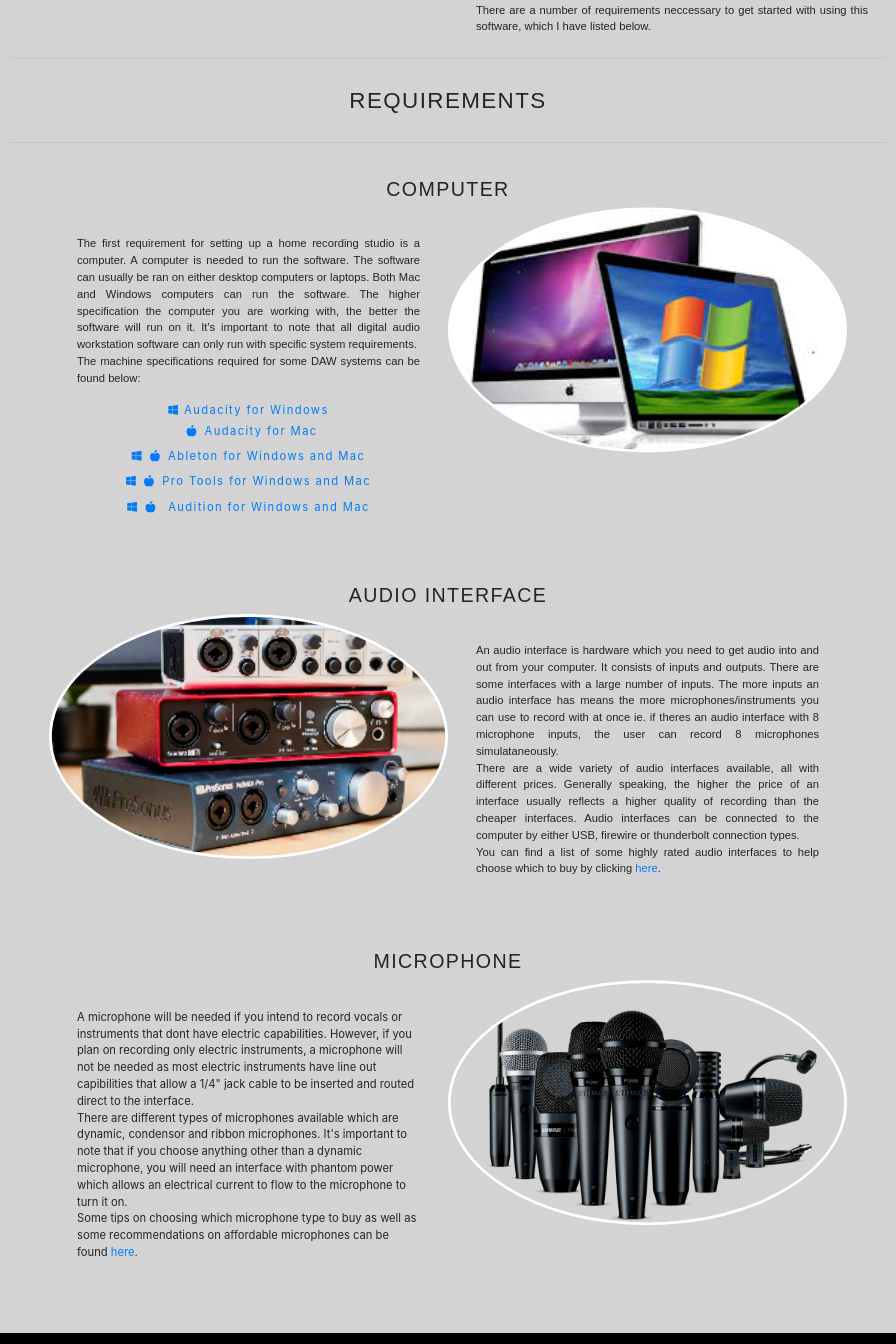
Repository: djjtyn/CIMilestoneProject1
Page: index.html
The author's editor kept a record of every edit. The page is drawn from the files as they stood at one moment, then again after the next edit.
The browser window is 1280 px wide. The pictures show the part of the page from y = 1136 to 3056 px (the page is 3346 px tall before and 3286 px after), at 70% of full size.
Some web libraries are served in a nearby version.

Above is the page before.
Console error (its wording comes from the project's code and is left out).

### index.html
<!DOCTYPE html>
<html lang="en">

<head>
  <meta charset="UTF-8">
  <meta name="viewport" content="width=device-width, initial-scale=1.0">
  <meta http-equiv="X-UA-Compatible" content="ie=edge">
  <link rel="stylesheet" href="https://stackpath.bootstrapcdn.com/bootstrap/4.3.1/css/bootstrap.min.css" integrity="sha384-ggOyR0iXCbMQv3Xipma34MD+dH/1fQ784/j6cY/iJTQUOhcWr7x9JvoRxT2MZw1T" crossorigin="anonymous">
  <link href="https://cdnjs.cloudflare.com/ajax/libs/font-awesome/5.9.0/css/all.min.css" rel="stylesheet">
  <link rel="stylesheet" href="css/style.css" type="text/css" />
  <title>Digital Audio Workstation</title>
</head>

<body>
  <nav class="navbar navbar-expand-md navbar-dark bg-dark fixed">
    <div class="nav-brand">
      <i class="fas fa-headphones"></i>
    </div>
    <!--Button code taken from WhiskeyDrop code institute project-->
    <button class="navbar-toggler" type="button" data-toggle="collapse" data-target="#navbarResponsive" aria-hidden="true">
                <span class="navbar-toggler-icon"></span>
            </button>
    <div class="collapse navbar-collapse" id="navbarResponsive">
      <ul class="navbar-nav mr-auto">
        <li class="nav-item">
          <a class="nav-link active" href="index.html">Home</a>
        </li>
        <li class="nav-item">
          <a class="nav-link" href="eq.html">Equalization</a>
        </li>
        <li class="nav-item">
          <a class="nav-link" href="complim.html">Compressor/ Limiter</a>
        </li>
      </ul>
    </div>
  </nav>
  <!--NAVBAR-->
  <div class="no-gutters common-img "></div>
  <!--COMMON PIC-->
  <hr>
  <section class="container-fluid">
    <div class="row">
      <div class="col-12">
        <h1>Digital Audio Workstation (DAW)</h1>
      </div>
    </div>
    <hr>
    <div class="row">
      <div class="col-12 col-md-6 icons">
        <a href="https://www.avid.com/pro-tools/features" class="pro-tools" target="_blank" />
        <img src="images/protools.jpg" height="140px" width="270px" ;/>
        </a>
        <a href="https://www.ableton.com/en/live/" class="ableton" target="_blank" />
        <img src="images/ableton.jpg" height="140px" width="270px" />
        </a>
        <a href="https://www.audacityteam.org/about/features/" class="audacity" target="_blank" />
        <img src="images/audacity.jpg" height="140px" width="270px" />
        </a>
        <a href="https://www.adobe.com/mena_en/products/audition/features._sl_id-contentfilter_sl_featuredisplaytypes_sl_all.html" class="audition" target="_blank" />
        <img src="images/audition.jpg" height="140px" width="270px" />
        </a>
      </div>
      <!--ICONS-->
      <div class="col-12 col-md-6 icontxt">
        <p>The purpose of this site is to provide information for people interested in creating their own home recordings and the tools that are needed to enhance the audio quality on the recordings.<br> A
          <b> Digital Audio Workstation (DAW)</b> is software used in the recording and post production of audio. They are used in many professional recording studios but can be set up easily enough for use in the comfort of your home.<br> On this site,
          you will find the requirements needed to make use of one of these in addition to information on some commonly used tools found within every one of the digital audio workstation programmes available.<br> There is many different digital audio
          workstation software available such as Pro Tools, Audacity, Ableton and Audition to name a few. You will find icons on this page for the four software programmes I have named. Each icon is a link, which upon clicking, will take you to a page
          containing some information on each individual software program and its various features.<br> Every one of these software programmes have their own strengths and weaknesses but all will work well with recording or improving audio quality for
          basic home recordings.<br> Some of the software I have listed is free to download. The ones that cost to download will allow a free trial or allow scaled down version of the full program to be downloaded for free. All the tools mentioned on
          this website can be found in the free versions of whichever software you choose to download.<br> There are a number of requirements neccessary to get started with using this software, which I have listed below.</p>
      </div>
      <!--ICON TXT-->
    </div>
    <!--ICONS & ICON TXT-->
    <hr>
    <div class="row">
      <div class="col-12">
        <h2>Requirements</h2>
      </div>
    </div>
    <hr>
    <div class="container">
      <div class="row comp">
        <div class="col-12">
          <h3>Computer</h3>
        </div>
        <div class="col-12 col-md-6 comptxt">
          <p>The first requirement for setting up a home recording studio is a computer. A computer is needed to run the software. The software can usually be ran on either desktop computers or laptops. Both Mac and Windows computers can run the software.
            The higher specification the computer you are working with, the better the software will run on it. It's important to note that all digital audio workstation software can only run with specific system requirements. <br> The machine specifications
            required for some DAW systems can be found below:</p>
          <ul>
            <li><a href="https://www.audacityteam.org/download/windows/#sysreq" target="_blank"><i class="fab fa-windows"></i> Audacity for Windows</a></li>
            <li><a href="https://www.audacityteam.org/download/mac/" target="_blank"><i class="fas fa-apple-alt"></i>Audacity for Mac</a></li>
            <li><a href="https://help.ableton.com/hc/en-us/articles/115001663530-Live-10-Minimum-System-Requirements" target="_blank"><i class="fab fa-windows"></i><i class="fas fa-apple-alt"></i>Ableton for Windows and Mac</a></li>
            <li><a href="http://avid.force.com/pkb/articles/compatibility/Pro-Tools-System-Requirements" target="_blank"><i class="fab fa-windows"></i><i class="fas fa-apple-alt"></i>Pro Tools for Windows and Mac</a></li>
            <li><a href="https://helpx.adobe.com/ie/audition/system-requirements.html" target="_blank"><i class="fab fa-windows"></i><i class="fas fa-apple-alt"></i> Audition for Windows and Mac</a>
          </ul>
        </div>
        <div class="col-12 col-md-6 computer"></div>
      </div>
      <div class="row">
        <div class="col-12">
          <h3>Audio Interface</h3>
        </div>
      </div>
      <div class="row int">
        <div class="col-12 col-md-6 interface"></div>
        <div class="col-12 col-md-6 interfacetxt">
          <p>An audio interface is hardware which you need to get audio into and out from your computer. It consists of inputs and outputs. There are some interfaces with a large number of inputs. The more inputs an audio interface has means the more microphones/instruments
            you can use to record with at once ie. if theres an audio interface with 8 microphone inputs, the user can record 8 microphones simulataneously.<br> There are a wide variety of audio interfaces available, all with different prices. Generally
            speaking, the higher the price of an interface usually reflects a higher quality of recording than the cheaper interfaces. Audio interfaces can be connected to the computer by either USB, firewire or thunderbolt connection types. <br> You
            can find a list of some highly rated audio interfaces to help choose which to buy by clicking <a href="https://www.sweetwater.com/insync/best-audio-interfaces-for-home-studio/" target="_blank">here</a>. </p>
        </div>
      </div>
      <div class="row">
        <div class="col-12">
          <h3>Microphone</h3>
        </div>
      </div>
      <div class="row">
        <div class="col-12 col-md-6 mictxt">
          A microphone will be needed if you intend to record vocals or instruments that dont have electric capabilities. However, if you plan on recording only electric instruments, a microphone will not be needed as most electric instruments have line out capibilities
          that allow a 1/4" jack cable to be inserted and routed direct to the interface.<br> There are different types of microphones available which are dynamic, condensor and ribbon microphones. It's important to note that if you choose anything
          other than a dynamic microphone, you will need an interface with phantom power which allows an electrical current to flow to the microphone to turn it on.<br> Some tips on choosing which microphone type to buy as well as some recommendations
          on affordable microphones can be found <a href="https://ledgernote.com/reviews/best-cheap-microphones/" target="_blank">here</a>.
        </div>
        <div class="col-12 col-md-6 microphone"></div>
      </div>
    </div>
  </section>
  <footer class="container-fluid links">
    <h5 class="uppercase">Useful Sites</h5>
    <div class="sos">
      <h6>Sound on Sound:</h6>
      <a href="https://www.soundonsound.com/" target="_blank"> <i class="fas fa-globe"></i></a>
      <a href="https://www.youtube.com/channel/UCFw2zGrdiLLAwbNQra1vtnA" target="_blank"><i class="fab fa-youtube"></i></a>
      <a href="https://www.facebook.com/soundonsoundmag/" target="_blank"><i class="fab fa-facebook"></i></a>
    </div>
    <div class="mwthm">
      <h6>Mix with the Masters:</h6>
      <a href="https://mixwiththemasters.com/" target="_blank"><i class="fas fa-globe"></i></a>
      <a href="https://www.youtube.com/user/MixWithTheMASTERS" target="_blank"><i class="fab fa-youtube"></i></a>
      <a href="https://www.facebook.com/MixWithTheMasters/" target="_blank"><i class="fab fa-facebook"></i></a>
    </div>
    <div class="pa">
      <h6>Production Advice:</h6>
      <a href="https://productionadvice.co.uk/" target="_blank"><i class="fas fa-globe"></i></a>
      <a href="https://www.youtube.com/channel/UCMFrnWIF6N5YtOZzmCGP16A" target="_blank"><i class="fab fa-youtube"></i></a>
      <a href="https://www.facebook.com/ProductionAdvice/" target="_blank"><i class="fab fa-facebook"></i></a>
    </div>
    <div class="copy">
      <small>&copy; Copyright 2019, DaveTynan@codeinstitute</small>
    </div>
  </footer>
</body>
<script src="https://cdnjs.cloudflare.com/ajax/libs/jquery/3.2.1/jquery.min.js"></script>
<script src="https://cdnjs.cloudflare.com/ajax/libs/twitter-bootstrap/4.0.0-alpha.6/js/bootstrap.min.js"></script>

</html>

### css/style.css
h1, h2, h3 {
    text-align: center;
    font-family: Arial;
    padding: 5;
    margin:2%;
    letter-spacing: 2px;
    text-transform: uppercase;
}

h3{
    padding: 10px;
    }

p{
    text-align: justify;
    font-family: Arial;
}


/*-------------------------------------------------NAVBAR---*/

nav{
    height: 70px;
    font-size: 20px;
    color: #fff;
}

.fa-headphones{
    padding-left: 15px;
    padding-right:15px;
    margin-right: 15px;
    font-size: 50px;
}

nav ul li {
    padding:15px;
    font-family: Arial;
    letter-spacing: 5px;}

/*-------------------------------------------------COMMON IMG---*/
.common-img {
    height: 400px;
    background-image: url("../images/bg.jpg");
    background-size: cover;
    background-repeat: no-repeat;
    background-position: center;
   width: 100%;
   }


/*-------------------------------------------------MAIN---*/
h1, h2, h3 {
    text-align: center;
}

body{
    background-color: #d3d3d3;
}

.pro-tools, .ableton, .audacity, .audition {
    display: inline-block;
    padding: 2%;
}

.icons {
    float:left;
    width:300px;
    padding:10px;
    text-align:center;
}

.icontxt{
    padding-right:40px;
    padding-left:40px;
    text-align:center;
    ;
}


/*-------------------------------------------------Requirements--*/
h3{
    margin-bottom:0;
}

.comp ul {
    text-align:center;
    padding:5px;
    margin-bottom: 0;
}



.comp .fa-apple-alt{
    padding:10px;
}

.computer {
    height: 350px;
    background-image: url("../images/computer.jpeg");
    background-size: cover;
    background-repeat: no-repeat;
    border:4px solid #fff;
    border-radius:50%;
    width: 300px;
    float:right;
    margin-top: 0;

}

.comptxt{
   padding:40px;
   text-align:center;

   }

.interface{
    height: 350px;
    background-image: url("../images/interface.jpg");
    background-size: cover;
    background-repeat: no-repeat;
    background-position:center;
    border:4px solid #fff;
    border-radius:50%;
    width: 300px;
    padding:10;
    float:left;
   }

.interfacetxt{
    padding:40px;
    text-align:center;

}

.microphone{
    height: 350px;
    background-image: url("../images/microphones.png");
    background-size: cover;
    background-repeat: no-repeat;
    background-position:center;
    border:4px solid #fff;
    border-radius:50%;
    width: 300px;
    padding:10;
    float:right;

}

.mictxt{
   padding:40px;

}

.comp, .mic, .int{
    margin-bottom:15px;

   }

ul{
    list-style: none;
    letter-spacing: 2px;
}


/*-------------------------------------------------FOOTER---*/


footer {
    background-color: #000;
    margin-top:5%;


}

h5 {
    font-family: Arial;
    color: #fff;
    letter-spacing: 2px;
    text-decoration: underline;
    font-weight: 300;
    padding: 15px;
    margin: 5;
}

h6 {
    font-family: Arial;
    letter-spacing: 2px;
    color: white;
    font-size: 15px;
}

.links a, .links, h6 {
    display: inline-block;
    padding: 10px;}

footer i {
    height: 30px;
    width: 15px;
    color: #fff;
    padding: 8px;
    margin: 5px;
    transition-timing-function: ease-in-out;
    transition-duration: .5s;
}

.copy{
    color: #fff;
    text-align: center;
    margin-top: 20px;
}

footer .fa-facebook:hover {
  color: blue;
}

footer .fa-youtube:hover {
    color: red;
}

footer .fa-globe:hover{
    color:#228B22;
}

 /*-------------------------------------------------EQ---*/

 .eqtop{
    margin-bottom:35px;
    margin-top:0;
}

 }
 .eq{
     background-image: url("../images/EQ.png");
     background-size: cover;
     background-repeat: no-repeat;
     height: 300px;
     width:100%;}

 .oneband {
     height: 350px;
     width: 100%;
     background-image: url("../images/1band.png");
     background-size: contain;
     background-repeat: no-repeat;
     background-position: center;
     }

 .sevenband{
     height: 350px;
     width: 100%;
     background-image: url("../images/7band.jpg");
     background-size: contain;
     background-repeat: no-repeat;
     background-position: center;

 }

 /*-------------------------------------------------Compress/Limit---*/

 .compress{
     background-image: url("../images/spring.jpg");
     background-size: cover;
     height: 350px;
     width: 750px;
     background-repeat: no-repeat;
     background-position: center;}

.compresspic{
     background-image: url("../images/compressor.png");
     background-size: contain;
     background-repeat: no-repeat;
     background-position: center;
     width:100%;
}

.limiter{
     background-image: url("../images/Limiter.jpg");
     background-size: contain;
     background-repeat: no-repeat;
     background-position: center;
     width:100%;

}

After the next edit:
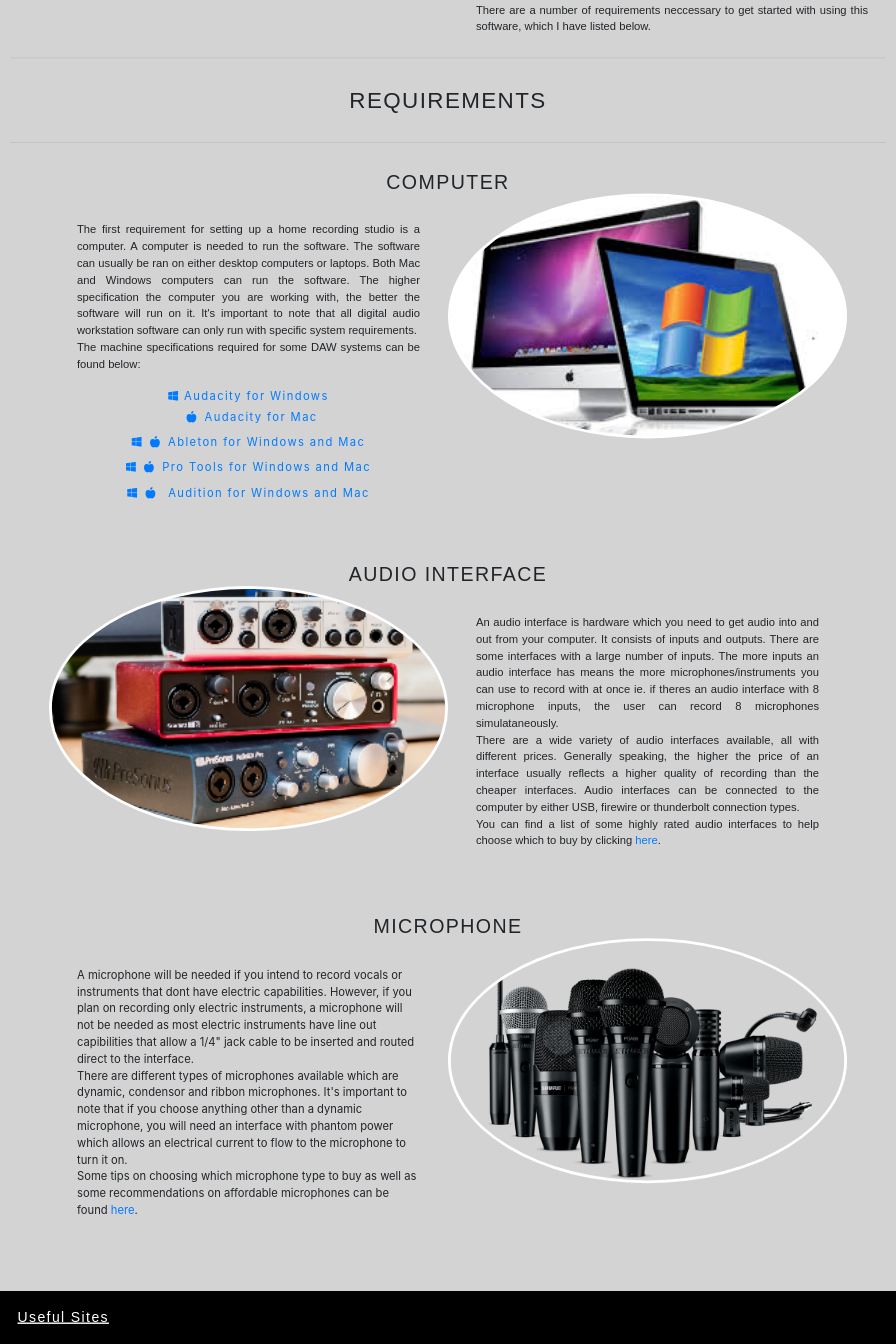
The edit:
--- a/css/style.css
+++ b/css/style.css
@@ -7,9 +7,7 @@
     text-transform: uppercase;
 }
 
-h3{
-    padding: 10px;
-    }
+
 
 p{
     text-align: justify;
